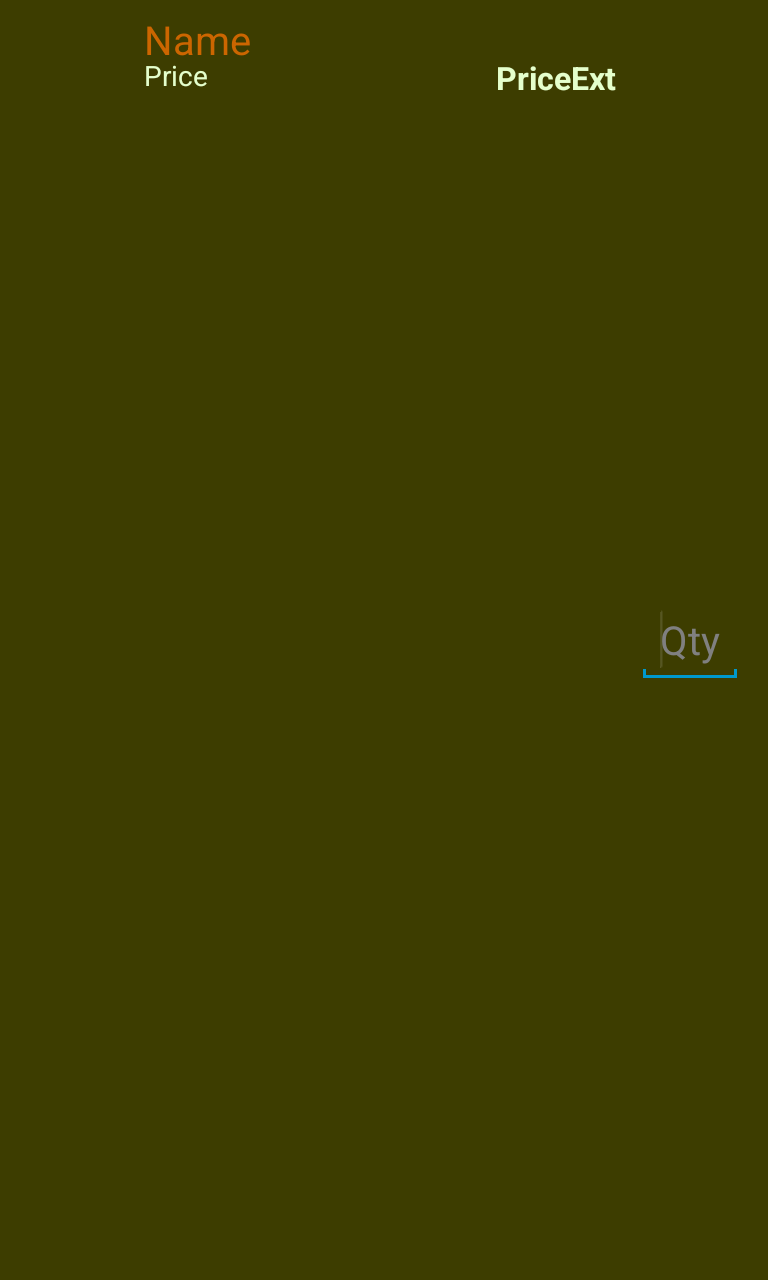
Repository: Adammdit/DT2283GUI
Layout: GunSmoke/res/layout/listrow_details.xml
These files come from the project's save history. The layout is drawn as it stood at one moment and after the next save; the edit follows.
It is drawn on a 768 x 1280 px phone screen (xhdpi) without system bars, with theme android:Theme.Holo; the app's code is not run.

Above is the layout before, as saved 2014-11-09 21:09:14.

After the next save:
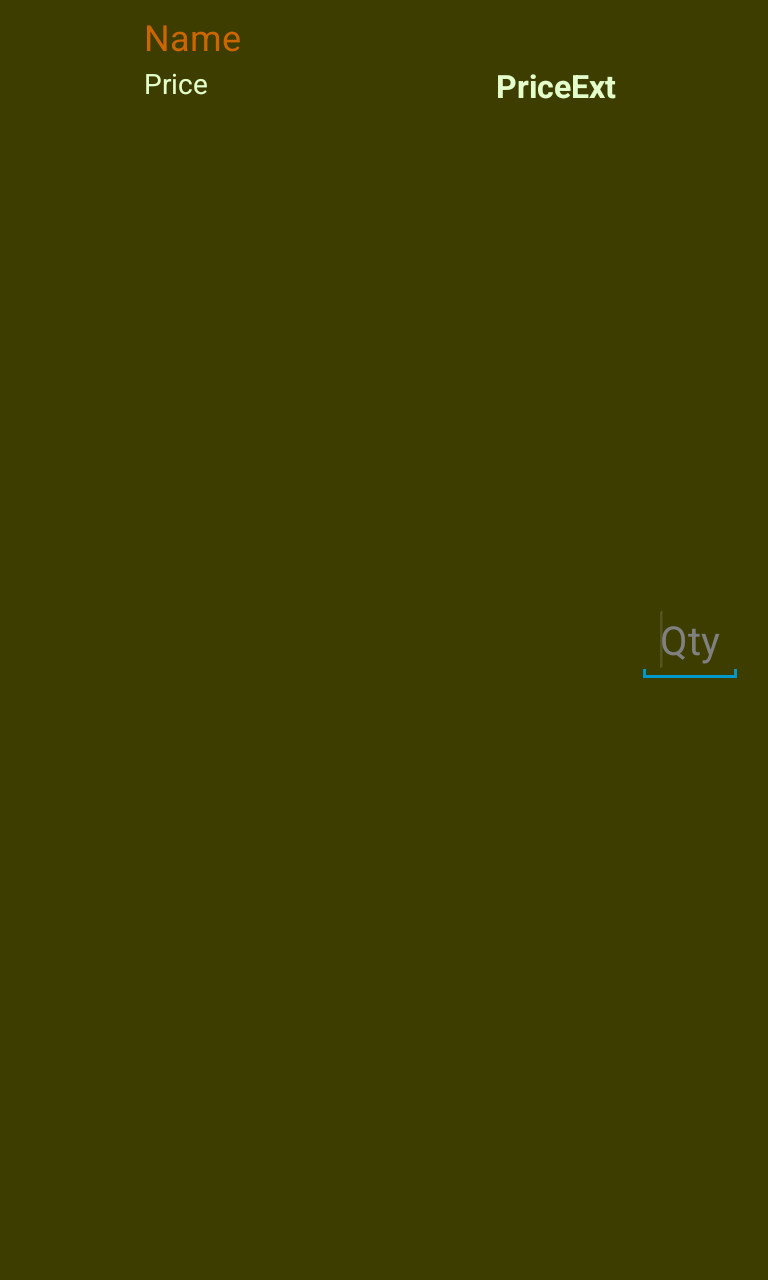
Saved 70 s later.
--- a/GunSmoke/res/layout/listrow_details.xml
+++ b/GunSmoke/res/layout/listrow_details.xml
@@ -19,9 +19,9 @@
     <TextView
         android:id="@+id/weaponeName"
         android:layout_width="wrap_content"
-        android:layout_height="22dip"
+        android:layout_height="26dip"
         android:layout_toRightOf="@+id/weaponeImage"
-     	android:textSize="20sp"
+     	android:textSize="18sp"
      	android:textColor="@color/name"
         android:text="Name" />
 
